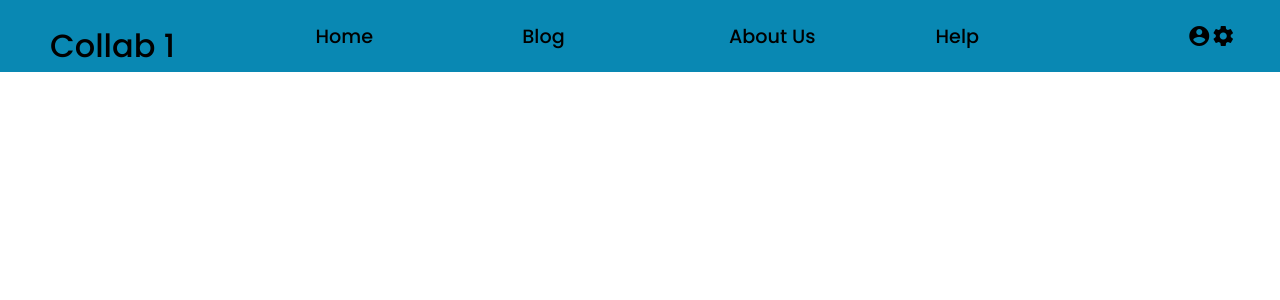
Repository: rockymalubay/Collab1
Page: index.html
An editor plug-in stored every save of this project. The page is shown before and after the next save, followed by the edit.
The browser window is 1280 px wide. The pictures show the whole page.

Above is the page before, as saved 2020-02-13 14:50:57.

After the next save:
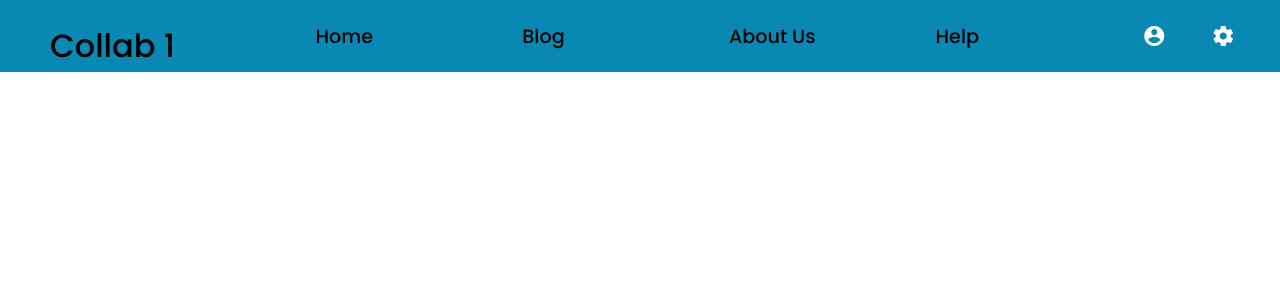
Saved 28 s later.
--- a/header.css
+++ b/header.css
@@ -44,3 +44,8 @@
     align-items: center;
     display: flex;
 }
+
+.material-icons {
+    color: white;
+    flex: 1;
+}
